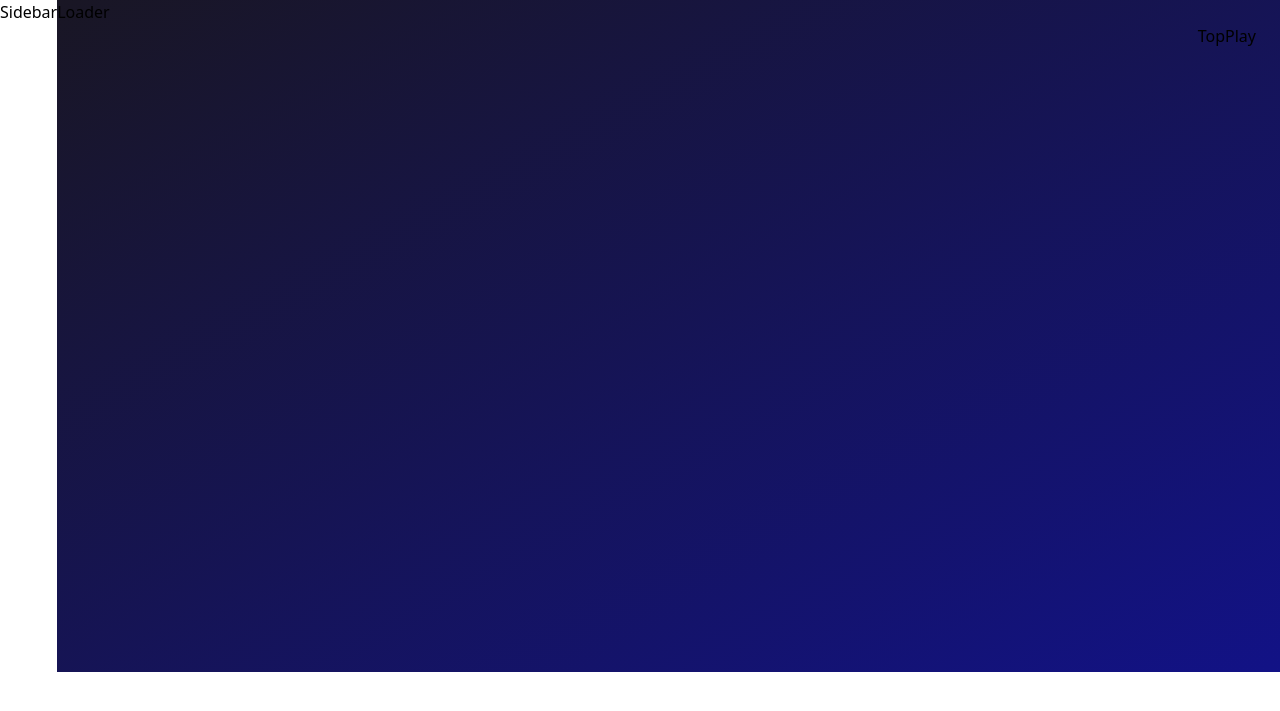
Repository: remydev47/Beats
Page: /
The author's editor kept a copy of each file at every save. The page is drawn from the files as they stood at one save, then again after the next save.
The browser window is 1280 px wide. The pictures show the whole page.
The project was rebuilt for these pictures with package versions that can differ from the ones it lists, and the page was loaded fresh each time. Also part of the build but not shown: vite.config.js, src/components/SongCard.jsx, src/components/ArtistCard.jsx, src/components/DetailsHeader.jsx, src/components/PlayPause.jsx, src/components/SongBar.jsx, src/components/RelatedSongs.jsx, src/components/MusicPlayer/Controls.jsx and 13 more.

Above is the page before, as saved 2022-09-23 19:15:59.

### index.html
<!DOCTYPE html>
<html lang="en">
  <head>
    <meta charset="UTF-8" />
    <link rel="icon" type="image/svg+xml" href="/vite.svg" />
    <meta name="viewport" content="width=device-width, initial-scale=1.0" />
    <title>Lyrics</title>
  </head>
  <body>
    <div id="root"></div>
    <script type="module" src="/src/index.jsx"></script>
  </body>
</html>

### src/redux/features/playerSlice.js
import { createSlice } from '@reduxjs/toolkit';

const initialState = {
  currentSongs: [],
  currentIndex: 0,
  isActive: false,
  isPlaying: false,
  activeSong: {},
  genreListId: '',
};

const playerSlice = createSlice({
  name: 'player',
  initialState,
  reducers: {
    setActiveSong: (state, action) => {
      state.activeSong = action.payload.song;

      if (action.payload?.data?.tracks?.hits) {
        state.currentSongs = action.payload.data.tracks.hits;
      } else if (action.payload?.data?.properties) {
        state.currentSongs = action.payload?.data?.tracks;
      } else {
        state.currentSongs = action.payload.data;
      }

      state.currentIndex = action.payload.i;
      state.isActive = true;
    },

    nextSong: (state, action) => {
      if (state.currentSongs[action.payload]?.track) {
        state.activeSong = state.currentSongs[action.payload]?.track;
      } else {
        state.activeSong = state.currentSongs[action.payload];
      }

      state.currentIndex = action.payload;
      state.isActive = true;
    },

    prevSong: (state, action) => {
      if (state.currentSongs[action.payload]?.track) {
        state.activeSong = state.currentSongs[action.payload]?.track;
      } else {
        state.activeSong = state.currentSongs[action.payload];
      }

      state.currentIndex = action.payload;
      state.isActive = true;
    },

    playPause: (state, action) => {
      state.isPlaying = action.payload;
    },

    selectGenreListId: (state, action) => {
      state.genreListId = action.payload;
    },
  },
});

export const { setActiveSong, nextSong, prevSong, playPause, selectGenreListId } = playerSlice.actions;

export default playerSlice.reducer;

### src/pages/Discover.jsx
import { Error, Loader, SongCard } from '../components';
import { genres } from '../assets/constants'

const Discover = () => {
    return(
        <div className={styles.container}>
            <div className={styles.wrapper}>

            </div>
        </div>
    )
}

export default Discover;

const styles ={
    container:`flex flex-col`,
    wrapper:`w-full flex justify-between items-center sm:flex-row flex-col mt-4 mb-10`
}

### src/assets/constants.js
import { HiOutlineHashtag, HiOutlineHome, HiOutlinePhotograph, HiOutlineUserGroup } from 'react-icons/hi';

export const genres = [
  { title: 'Pop', value: 'POP' },
  { title: 'Hip-Hop', value: 'HIP_HOP_RAP' },
  { title: 'Dance', value: 'DANCE' },
  { title: 'Electronic', value: 'ELECTRONIC' },
  { title: 'Soul', value: 'SOUL_RNB' },
  { title: 'Alternative', value: 'ALTERNATIVE' },
  { title: 'Rock', value: 'ROCK' },
  { title: 'Latin', value: 'LATIN' },
  { title: 'Film', value: 'FILM_TV' },
  { title: 'Country', value: 'COUNTRY' },
  { title: 'Worldwide', value: 'WORLDWIDE' },
  { title: 'Reggae', value: 'REGGAE_DANCE_HALL' },
  { title: 'House', value: 'HOUSE' },
  { title: 'K-Pop', value: 'K_POP' },
];

export const links = [
  { name: 'Discover', to: '/', icon: HiOutlineHome },
  { name: 'Around You', to: '/around-you', icon: HiOutlinePhotograph },
  { name: 'Top Artists', to: '/top-artists', icon: HiOutlineUserGroup },
  { name: 'Top Charts', to: '/top-charts', icon: HiOutlineHashtag },
];

Loaded but not shown: src/index.jsx (common file); src/index.css (common file); src/App.jsx (common file); src/redux/store.js (common file); src/components/index.js (common file); src/pages/index.js (common file); src/components/Sidebar.jsx (common file); src/components/Searchbar.jsx (common file); src/components/TopPlay.jsx (common file); tailwind.config.cjs (common file)

After the next save:
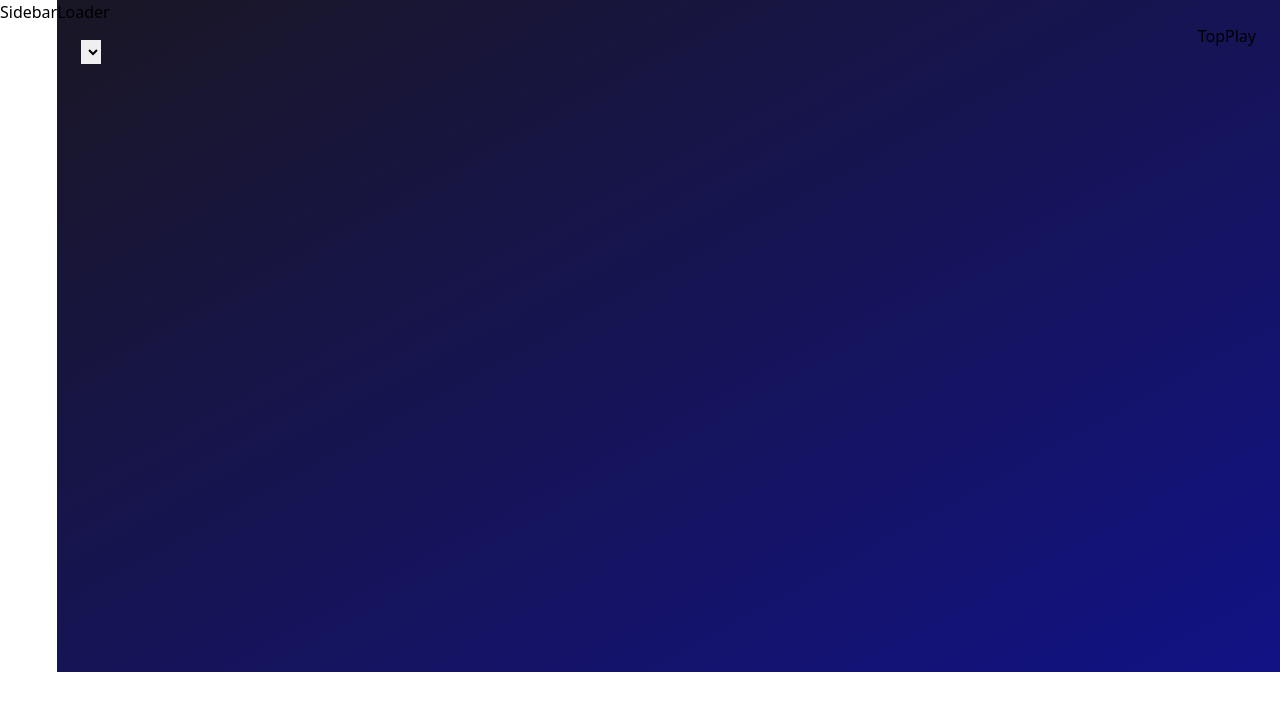
Saved 23 s later.
--- a/src/pages/Discover.jsx
+++ b/src/pages/Discover.jsx
@@ -5,7 +5,7 @@ const Discover = () => {
     return(
         <div className={styles.container}>
             <div className={styles.wrapper}>
-
+                <select />
             </div>
         </div>
     )
